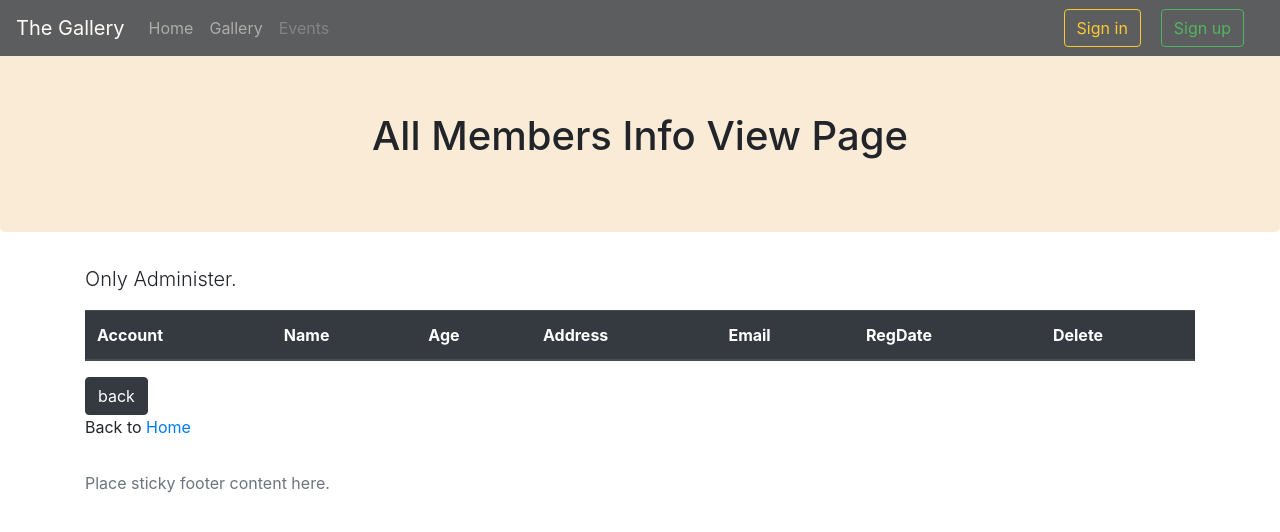
Repository: caramelsyrup/SpringProject1
Page: http://localhost/gallery/WEB-INF/views/member/allmember.jsp
These files come from the project's save history. The page is drawn as it stood at one moment and after the next save; the edit follows.
The browser window is 1280 px wide. The pictures show the whole page.
The page is served by Tomcat 9. Nobody is signed in. The template is opened directly, without the code that normally fills it, so the values that code supplies are empty.

Above is the page before, as saved 2020-11-22 14:55:08.

After the next save:
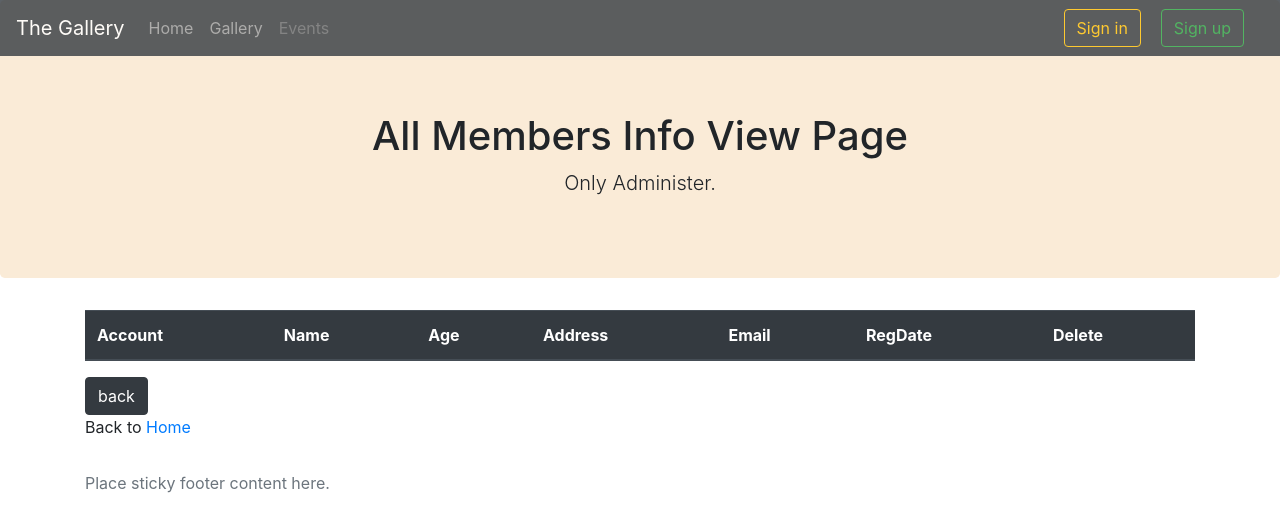
Saved 5 s later.
--- a/gallery/src/main/webapp/WEB-INF/views/member/allmember.jsp
+++ b/gallery/src/main/webapp/WEB-INF/views/member/allmember.jsp
@@ -12,11 +12,12 @@
 <section class="jumbotron text-center" style="background-color: #FAEBD7">
      <div class="container">
      	 <h1 class="mt-5">All Members Info View Page</h1>
+     	 <p class="lead">Only Administer.</p>
 	 </div>
 </section>
   <div class="container" >
 
-    <p class="lead">Only Administer.</p>
+
 		<table class="table">
 		  <thead class="thead-dark">
 		    <tr>
